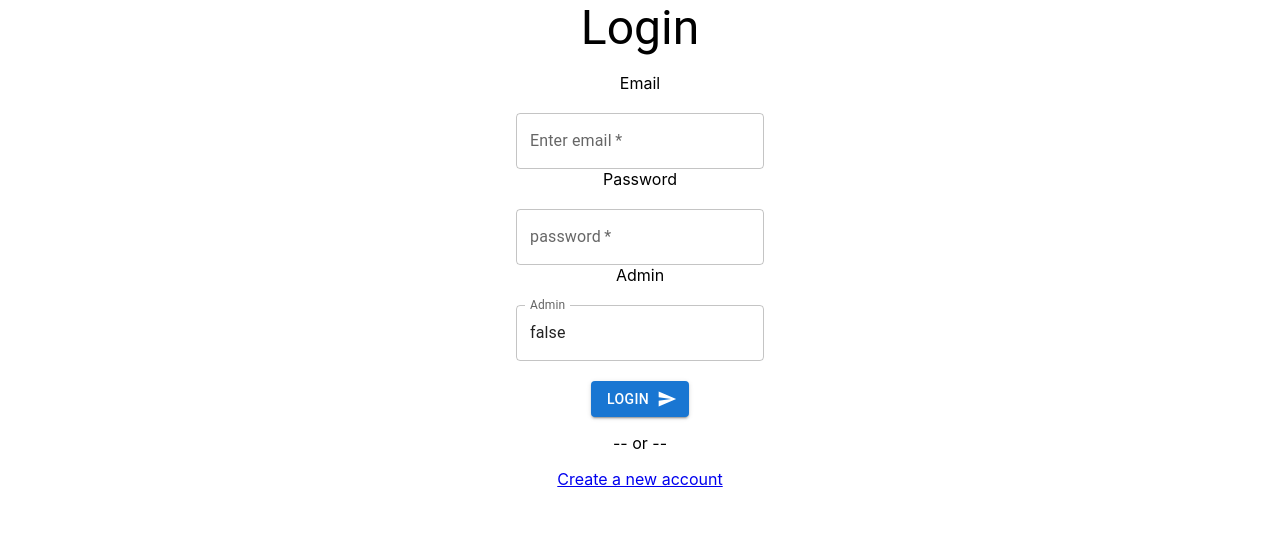
Repository: nj10deadend/mern-w-auth-app
Page: / (app in frontend/store/)
These files come from the project's save history. The page is drawn as it stood at one moment and after the next save; the edit follows.
The browser window is 1280 px wide. The pictures show the whole page.
The page's requests for data from a server got no answer. The project was rebuilt for these pictures with package versions that can differ from the ones it lists, and the page was loaded fresh each time. No one was signed in, and anything a server would have sent is missing. Also part of the build but not shown: frontend/store/src/components/Items.js, frontend/store/src/components/Registration.js, frontend/store/src/AuthenticatedApp.js.

Above is the page before, as saved 2022-01-06 18:08:36.

After the next save:
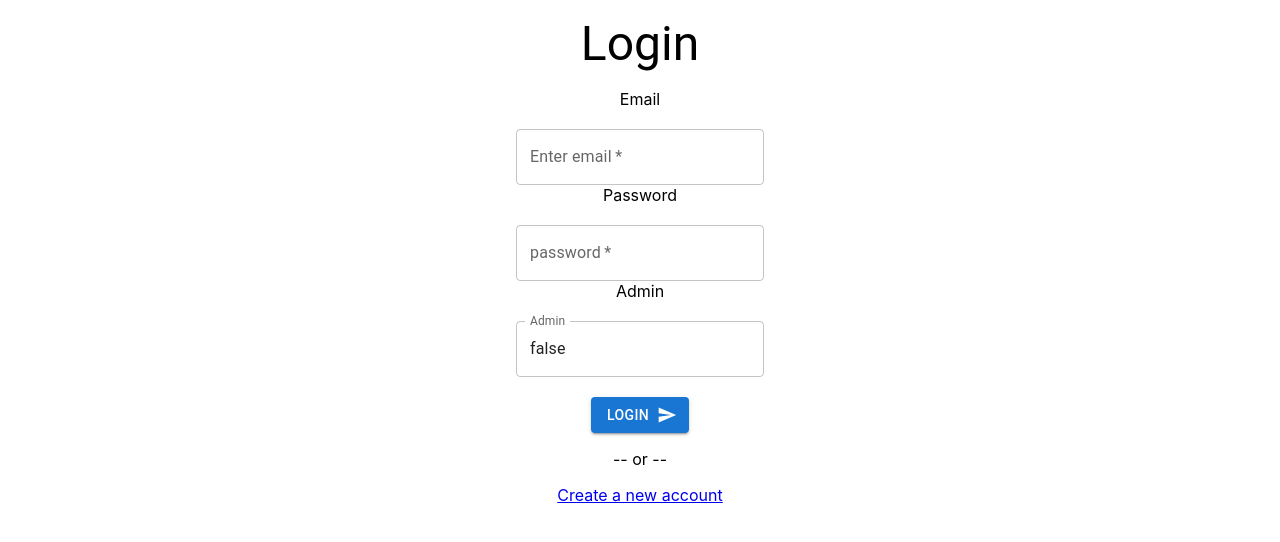
Saved 15 s later.
--- a/frontend/store/src/App.js
+++ b/frontend/store/src/App.js
@@ -74,6 +74,7 @@
   return (
     <UserProvider>
       <div className="App">
+        <p>{value}</p>
         <BrowserRouter>
           <Routes>
             {currentUser ? (

After the 4 saves that followed:
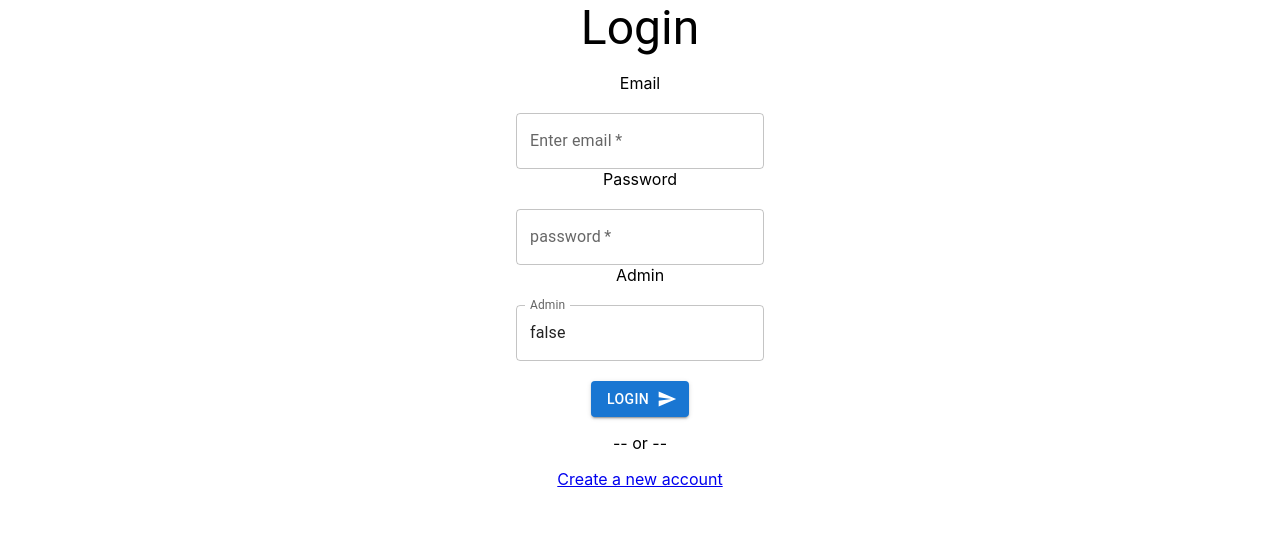
The 4 saves are shown as one change because 2 did not build or start and 1 left the picture as it was.
The last was saved 4 min 33 s later.
--- a/frontend/store/src/App.js
+++ b/frontend/store/src/App.js
@@ -35,7 +35,6 @@
   // const {authChecked, setAuthChecked} = useContext(UserDataContext);
   /////////
 
-  const value = useContext(UserDataContext);
 
   function getCurrentUser () {
 
@@ -56,25 +55,25 @@
     })
 
   }
-  useEffect(getCurrentUser, []);
+  // useEffect(getCurrentUser, []);
 
-  console.log(authChecked);
+  // console.log(authChecked);
 
 
   // fetchCurrentUser();
 
-  if(currentUser !== undefined) {
-    return (
-      <div></div>
-    )
-  }
-  console.log(currentUser);
+  // if(currentUser !== undefined) {
+  //   return (
+  //     <div></div>
+  //   )
+  // }
+  // console.log(currentUser);
 
 
   return (
     <UserProvider>
       <div className="App">
-        <p>{value}</p>
+        {/* <p>{value}</p> */}
         <BrowserRouter>
           <Routes>
             {currentUser ? (
--- a/frontend/store/src/context/UserDataContext.js
+++ b/frontend/store/src/context/UserDataContext.js
@@ -24,7 +24,8 @@ export const UserProvider = ({children}) => {
 
 
     return (
-        <UserDataContext.Provider value={currentUser, setCurrentUser, authChecked, setAuthChecked, jwtToken, setJwtToken}>
+        // <UserDataContext.Provider value={currentUser, setCurrentUser, authChecked, setAuthChecked, jwtToken, setJwtToken}>
+        <UserDataContext.Provider value="This is my sanity check">
             {children}
 
         </UserDataContext.Provider>
